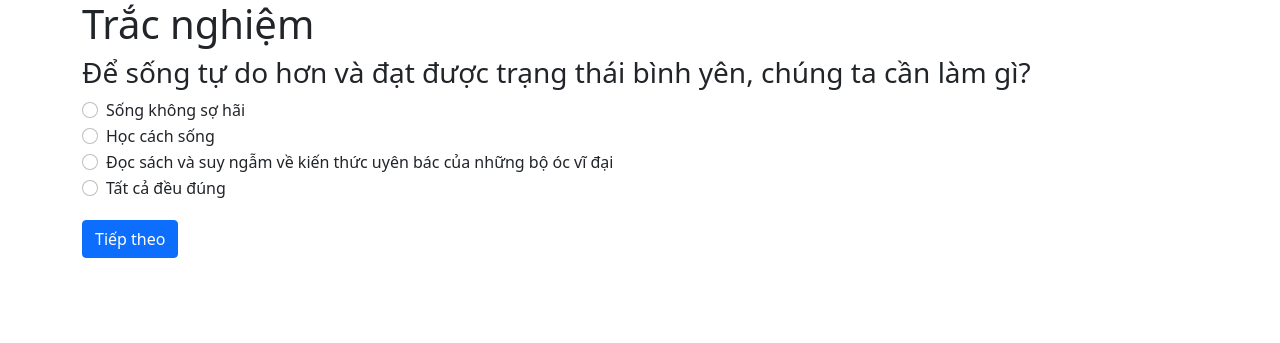
Repository: tran-thien-nhan/quiz_tlln
Page: daily_stoic_quiz.html
These files come from the project's save history. The page is drawn as it stood at one moment and after the next save; the edit follows.
The browser window is 1280 px wide. The pictures show the whole page.

Above is the page before, as saved 2023-06-25 18:27:18.

### daily_stoic_quiz.html
<!DOCTYPE html>
<html lang="en">

<head>
    <meta charset="UTF-8">
    <meta name="viewport" content="width=device-width, initial-scale=1.0">
    <title>Trắc nghiệm</title>
    <link rel="stylesheet" href="https://cdnjs.cloudflare.com/ajax/libs/bootstrap/5.0.2/css/bootstrap.min.css">
    <style>
        .question {
            margin-bottom: 20px;
        }
    </style>
</head>

<body>
    <div class="container">
        <h1>Trắc nghiệm</h1>

        <div class="question" id="questionContainer">
            <h3 id="question"></h3>
            <div class="form-check">
                <input class="form-check-input" type="radio" name="answer" id="answer1">
                <label class="form-check-label" for="answer1" id="answerText1"></label>
            </div>
            <div class="form-check">
                <input class="form-check-input" type="radio" name="answer" id="answer2">
                <label class="form-check-label" for="answer2" id="answerText2"></label>
            </div>
            <div class="form-check">
                <input class="form-check-input" type="radio" name="answer" id="answer3">
                <label class="form-check-label" for="answer3" id="answerText3"></label>
            </div>
            <div class="form-check">
                <input class="form-check-input" type="radio" name="answer" id="answer4">
                <label class="form-check-label" for="answer4" id="answerText4"></label>
            </div>
            <span id="result"></span>
        </div>

        <button class="btn btn-primary" id="nextButton">Tiếp theo</button>
        <span id="score"></span>
    </div>

    <script src="https://cdnjs.cloudflare.com/ajax/libs/bootstrap/5.0.2/js/bootstrap.bundle.min.js"></script>
    <script>
        // Đọc câu hỏi từ tệp JSON
        fetch("quest_lib.json")
            .then(response => response.json())
            .then(data => {
                const questions = data.questions;

                // Lấy ngẫu nhiên 20 câu hỏi
                const randomQuestions = getRandomElements(questions, 20);

                let currentQuestionIndex = 0;
                let score = 0;

                const questionContainer = document.getElementById("questionContainer");
                const questionElement = document.getElementById("question");
                const answerTextElements = [
                    document.getElementById("answerText1"),
                    document.getElementById("answerText2"),
                    document.getElementById("answerText3"),
                    document.getElementById("answerText4")
                ];
                const resultElement = document.getElementById("result");
                const nextButton = document.getElementById("nextButton");
                const scoreElement = document.getElementById("score");

                // Cập nhật câu hỏi và câu trả lời
                function updateQuestion() {
                    const question = randomQuestions[currentQuestionIndex];
                    questionElement.textContent = question.question;
                    resultElement.textContent = "";

                    for (let i = 0; i < answerTextElements.length; i++) {
                        answerTextElements[i].textContent = question.choices[i];
                    }
                }

                // Kiểm tra câu trả lời
                function checkAnswer() {
                    const question = randomQuestions[currentQuestionIndex];
                    const selectedAnswer = document.querySelector('input[name="answer"]:checked');

                    if (selectedAnswer) {
                        const selectedAnswerText = selectedAnswer.nextElementSibling.textContent;

                        if (selectedAnswerText === question.correctAnswer) {
                            score += 1;
                            resultElement.textContent = "Đúng";
                            resultElement.style.color = "green";
                        } else {
                            resultElement.textContent = "Sai";
                            resultElement.style.color = "red";
                        }

                        setTimeout(() => {
                            currentQuestionIndex++;

                            if (currentQuestionIndex < randomQuestions.length) {
                                updateQuestion();
                                selectedAnswer.checked = false;
                                nextButton.disabled = true;
                                setTimeout(() => {
                                    nextButton.disabled = false;
                                }, 200);
                            } else {
                                questionContainer.style.display = "none";
                                nextButton.style.display = "none";
                                const finalScore = (score / randomQuestions.length) * 10;
                                scoreElement.textContent = `Tổng điểm: ${finalScore.toFixed(1)}`;
                                scoreElement.style.display = "block";
                                scoreElement.style.fontWeight = "bold";
                                scoreElement.style.color = "red";
                            }
                        }, 200);
                    }
                }

                // Xử lý sự kiện khi nhấn nút "Tiếp theo"
                nextButton.addEventListener("click", () => {
                    checkAnswer();
                });

                // Bắt đầu trắc nghiệm
                updateQuestion();
            })
            .catch(error => {
                console.error("Error:", error);
            });

        // Hàm lấy ngẫu nhiên các phần tử từ một mảng
        function getRandomElements(array, numElements) {
            const shuffledArray = array.sort(() => Math.random() - 0.5);
            return shuffledArray.slice(0, numElements);
        }

    </script>
</body>

</html>

### quest_lib.json
{
    "questions": [
      {
        "question": "Công việc quan trọng hàng đầu trong đời là gì?",
        "choices": [
          "Nhận diện và phân biệt được những vấn đề",
          "Kiểm soát yếu tố ngoại cảnh",
          "Quyết định cho chính mình",
          "Thay đổi tương lai"
        ],
        "correctAnswer": "Nhận diện và phân biệt được những vấn đề"
      },
      {
        "question": "Theo Epictetus, nhận diện tốt xấu là để nhận diện điều gì?",
        "choices": [
          "Nhận diện tốt xấu của người khác",
          "Nhận diện tốt xấu của yếu tố ngoại cảnh",
          "Nhận diện tốt xấu cho quyết định của chính mình",
          "Nhận diện tốt xấu của tương lai"
        ],
        "correctAnswer": "Nhận diện tốt xấu cho quyết định của chính mình"
      },
      {
        "question": "Công việc quan trọng nhất trong việc thực hành Chủ nghĩa Khắc kỷ là gì?",
        "choices": [
          "Phân biệt những thứ không thể thay đổi và những thứ có thể thay đổi",
          "Chỉ phân biệt những thứ có thể thay đổi",
          "Kiểm soát những thứ nằm ngoài tầm kiểm soát",
          "Thay đổi tương lai"
        ],
        "correctAnswer": "Phân biệt những thứ không thể thay đổi và những thứ có thể thay đổi"
      },
      {
        "question": "Điều gì là không thể thay đổi và không thể kiểm soát?",
        "choices": [
          "Thời tiết, chiều cao",
          "Quốc gia sinh ra, sự thích hợp của người khác",
          "Điều kiện gia đình, tuổi tác",
          "cả 3 điều trên"
        ],
        "correctAnswer": "cả 3 điều trên"
      },
      {
        "question": "Lời nguyện An tĩnh được nhắm đến việc gì?",
        "choices": [
          "Nhận diện được những điều không thể thay đổi",
          "Nhận diện được những điều có thể thay đổi",
          "Nhận diện được hai điều trên",
          "Nhận diện được tương lai"
        ],
        "correctAnswer": "Nhận diện được hai điều trên"
      },
      {
        "question": "Người nghiện ngập ở hiện tại có thể thay đổi được điều gì?",
        "choices": [
          "Quá khứ, lựa chọn của mình",
          "Qúa khứ, tương lai",
          "Tương lai, sức mạnh hiện tại",
          "Quá khứ, hiện tại"
        ],
        "correctAnswer": "Tương lai, sức mạnh hiện tại"
      },
      {
        "question": "Điều gì sẽ xảy ra nếu chúng ta tập trung vào việc xác định những thứ nằm trong và ngoài tầm kiểm soát của bản thân?",
        "choices": [
          "Chúng ta sẽ trở nên hạnh phúc hơn",
          "Chúng ta sẽ có lợi thế hơn so với những người đấu tranh trong vô vọng",
          "Chúng ta sẽ đấu tranh trong vô vọng",
          "Chúng ta sẽ tìm ra sự thay đổi"
        ],
        "correctAnswer": "Chúng ta sẽ có lợi thế hơn so với những người đấu tranh trong vô vọng"
      },
      {
        "question": "Thành quả của việc thực hiện theo lời dạy của epictetus là gì trong GIÁO DỤC LÀ TỰ DO ?",
        "choices": [
          "Sự thanh thản",
          "Lòng dũng cảm",
          "Sự tự do",
          "Tất cả đều đúng"
        ],
        "correctAnswer": "Tất cả đều đúng"
      },
      {
        "question": "Đặt niềm tin vào ai trong việc được giáo dục đúng cách?",
        "choices": [
          "Kẻ tự do",
          "Những người trân quý kiến thức thật sự",
          "Số đông",
          "Tất cả đều sai"
        ],
        "correctAnswer": "Những người trân quý kiến thức thật sự"
      },
      {
        "question": "Để sống tự do hơn và đạt được trạng thái bình yên, chúng ta cần làm gì?",
        "choices": [
          "Sống không sợ hãi",
          "Học cách sống",
          "Đọc sách và suy ngẫm về kiến thức uyên bác của những bộ óc vĩ đại",
          "Tất cả đều đúng"
        ],
        "correctAnswer": "Tất cả đều đúng"
      },
      {
        "question": "Việc tự học và tiếp thu kiến thức được coi như chìa khóa dẫn đến điều gì?",
        "choices": [
          "Tự do",
          "Kiến thức",
          "Sự uyên bác",
          "Trạng thái bình yên"
        ],
        "correctAnswer": "Tự do"
      },
      {
        "question": "Điều gì sẽ xảy ra nếu chúng ta không nhận thức được những gì mình đã đánh mất?",
        "choices": [
          "Chúng ta sẽ sống bình thường",
          "Chúng ta sẽ chết dần chết mòn",
          "Chúng ta sẽ tìm lại được những gì đã mất",
          "Chúng ta sẽ hối tiếc"
        ],
        "correctAnswer": "Chúng ta sẽ chết dần chết mòn"
      },
      {
        "question": "Trước những thứ không quan trọng, chúng ta nên làm gì để lấy lại chút thời gian?",
        "choices": [
          "Nói 'Không'",
          "Tham gia với số đông",
          "Tự hỏi làm sao để kiểm soát kỹ",
          "Hối tiếc về những điều đã làm"
        ],
        "correctAnswer": "Nói 'Không'"
      },
      {
        "question": "Nói 'Không' trước những thứ không quan trọng có thể gây hại đến ai?",
        "choices": [
          "Bản thân chúng ta",
          "Những người khác",
          "Không có ai",
          "Chúng ta sẽ cảm thấy tổn thương"
        ],
        "correctAnswer": "Những người khác"
      },
      {
        "question": "Việc từ chối những thứ không quan trọng cho phép chúng ta có thời gian cho điều gì?",
        "choices": [
          "Những điều thật sự cần thiết",
          "Sống và tận hưởng cuộc sống của chính mình",
          "Cuộc sống bình thường",
          "Đạt được thành công"
        ],
        "correctAnswer": "Sống và tận hưởng cuộc sống của chính mình"
      },
      {
        "question": "Ba nguyên tắc quan trọng nhất trong triết lý Khắc kỷ là gì?",
        "choices": [
          "Nhận thức, hành động, ý chí",
          "Chắc chắn, hành động, biết ơn",
          "Kiểm soát nhận thức, hành động đúng đắn, sẵn lòng chấp nhận",
          "Kiểm soát, hành động, triết lý"
        ],
        "correctAnswer": "Kiểm soát nhận thức, hành động đúng đắn, sẵn lòng chấp nhận"
      },
      {
        "question": "Theo triết lý Khắc kỷ, điều gì là thiết yếu trong việc kiểm soát nhận thức của bạn?",
        "choices": [
          "Niềm tin độc đáo của các nhà Khắc kỷ",
          "Triết lý của Heraclitus và Zeno",
          "Sự phán xét ở thời điểm hiện tại",
          "Ý chí và ý thức của bản thân"
        ],
        "correctAnswer": "Sự phán xét ở thời điểm hiện tại"
      },
      {
        "question": "Hành động một cách đúng đắn là một trong ba phần thiết yếu của triết lý Khắc kỷ. Điều gì được ám chỉ bởi việc hành động đúng đắn?",
        "choices": [
          "Tìm hiểu về Heraclitus và Zeno",
          "Đạt được sự phán xét chắc chắn",
          "Hành động vì lợi ích chung trong thời điểm hiện tại",
          "Thể hiện triết lý của các nhà Khắc kỷ"
        ],
        "correctAnswer": "Hành động vì lợi ích chung trong thời điểm hiện tại"
      },
      {
        "question": "Điều gì là sự chuẩn bị tinh thần quan trọng để chấp nhận những gì ngoài tầm kiểm soát của bạn?",
        "choices": [
          "Sự biết ơn với mọi điều bạn đã nhận được",
          "Sự tận hưởng cuộc sống hàng ngày",
          "Ý chí và ý thức của bản thân",
          "Sự phán xét ở thời điểm hiện tại"
        ],
        "correctAnswer": "Sự biết ơn với mọi điều bạn đã nhận được"
      },
      {
        "question": "Bạn đến sân bay muộn và chuyến bay của bạn đã cất cánh. Bạn rất tức giận vì đã bỏ lỡ chuyến bay. Bạn nên làm gì?",
        "choices": [
          "Gào thét vào mặt nhân viên đại diện của hãng hàng không",
          "Ngồi lại và suy nghĩ về những điều bạn có thể kiểm soát",
          "Hủy bỏ hành trình và trở về nhà",
          "Buồn bã và căng thẳng trong suốt cả ngày"
        ],
        "correctAnswer": "Ngồi lại và suy nghĩ về những điều bạn có thể kiểm soát"
      },
      {
        "question": "Bạn muốn thay đổi chiều cao của mình và nước sống ở một đất nước khác. Bạn nên làm gì?",
        "choices": [
          "Cố gắng ước mơ và thay đổi chiều cao của mình",
          "Đau khổ vì không thể thay đổi điều đó",
          "Tìm hiểu về các phương pháp tăng chiều cao và di cư",
          "Chấp nhận chiều cao của mình và tận hưởng cuộc sống hiện tại"
        ],
        "correctAnswer": "Chấp nhận chiều cao của mình và tận hưởng cuộc sống hiện tại"
      },
      {
        "question": "Bạn muốn có một người bạn đồng hành và thích bạn. Bạn nên làm gì?",
        "choices": [
          "Cố gắng làm cho người đó thích bạn",
          "Đau khổ vì không thể khiến người đó thích bạn",
          "Tự thay đổi và cải thiện bản thân để thu hút người khác",
          "Chấp nhận sự thật rằng không thể khiến một người thích mình"
        ],
        "correctAnswer": "Tự thay đổi và cải thiện bản thân để thu hút người khác"
      },
      {
        "question": "Bạn đã trải qua quá khứ đau khổ và gặp rắc rối trong cuộc sống. Bạn nên làm gì?",
        "choices": [
          "Mắc kẹt trong quá khứ và không thể thay đổi điều đó",
          "Ngồi lại suy nghĩ về quá khứ và phàn nàn",
          "Chấp nhận quá khứ và tập trung vào tương lai",
          "Buồn bã và cảm thấy vô vọng"
        ],
        "correctAnswer": "Chấp nhận quá khứ và tập trung vào tương lai"
      },
      {
        "question": "Theo ý kiến của Seneca, điều gì là nguyên nhân khiến con người trở nên điên dại?",
        "choices": [
          "Quan điểm sai lệch về những thứ mà họ hướng tới",
          "Sự việc mà họ muốn đạt được",
          "Không có kế hoạch từ đầu đến cuối",
          "Tâm trạng chán nản"
        ],
        "correctAnswer": "Quan điểm sai lệch về những thứ mà họ hướng tới"
      },
      {
        "question": "Theo Robert Greene, việc lập kế hoạch từ đầu đến cuối có tác dụng gì?",
        "choices": [
          "Tránh choáng ngợp bởi hoàn cảnh",
          "Đạt được kết quả tốt nhất",
          "Đảm bảo sự thành công",
          "Hạn chế thất bại"
        ],
        "correctAnswer": "Tránh choáng ngợp bởi hoàn cảnh"
      },
      {
        "question": "Thói quen thứ hai trong 7 Thói quen của người thành đạt là gì?",
        "choices": [
          "Bắt đầu với một cái kết trong tâm trí",
          "Lập kế hoạch chi tiết từ đầu đến cuối",
          "Hình dung ra cái kết trong đầu",
          "Đặt mục tiêu cụ thể"
        ],
        "correctAnswer": "Bắt đầu với một cái kết trong tâm trí"
      },
      {
        "question": "Theo nhà Khắc kỷ, sự lạc lối và hỗn loạn trong hành vi xảy ra khi?",
        "choices": [
          "Không có những nỗ lực hướng vào nguyên nhân và mục đích",
          "Quá tập trung vào kế hoạch từ đầu đến cuối",
          "Chịu trách nhiệm với những xao nhãng trong tâm hồn",
          "Không biết khi nào nói có và khi nào nói không"
        ],
        "correctAnswer": "Không có những nỗ lực hướng vào nguyên nhân và mục đích"
      },
      {
        "question": "khi mất đi sự định nghĩa, con người có thể bị lạc lối vào phương hướng nào?",
        "choices": [
          "Phương hướng vô định",
          "Phương hướng cụ thể",
          "Phương hướng chính xác",
          "Phương hướng sáng suốt"
        ],
        "correctAnswer": "Phương hướng vô định"
      }
    ]
  }

After the next save:
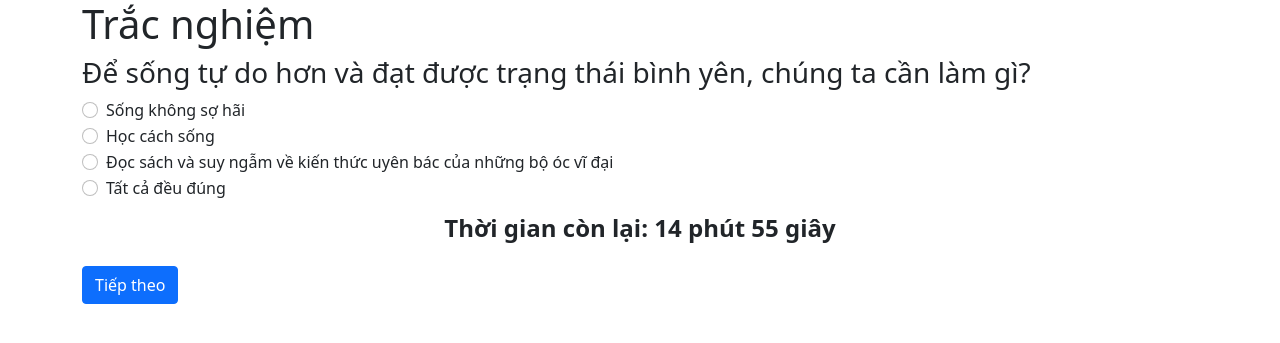
Saved 3 min 25 s later.
--- a/daily_stoic_quiz.html
+++ b/daily_stoic_quiz.html
@@ -42,6 +42,21 @@
         <span id="score"></span>
     </div>
 
+    <!-- Modal -->
+    <div class="modal fade" id="myModal" tabindex="-1" aria-labelledby="exampleModalLabel" aria-hidden="true">
+        <div class="modal-dialog">
+            <div class="modal-content">
+                <div class="modal-header">
+                    <h5 class="modal-title" id="exampleModalLabel">Thông báo</h5>
+                    <button type="button" class="btn-close" data-bs-dismiss="modal" aria-label="Close"></button>
+                </div>
+                <div class="modal-body">
+                    Bạn có 15 phút để làm trắc nghiệm.
+                </div>
+            </div>
+        </div>
+    </div>
+
     <script src="https://cdnjs.cloudflare.com/ajax/libs/bootstrap/5.0.2/js/bootstrap.bundle.min.js"></script>
     <script>
         // Đọc câu hỏi từ tệp JSON
@@ -55,6 +70,7 @@
 
                 let currentQuestionIndex = 0;
                 let score = 0;
+                let timeRemaining = 900; // 15 phút * 60 giây = 900 giây
 
                 const questionContainer = document.getElementById("questionContainer");
                 const questionElement = document.getElementById("question");
@@ -107,6 +123,7 @@
                                     nextButton.disabled = false;
                                 }, 200);
                             } else {
+                                clearInterval(timerInterval);
                                 questionContainer.style.display = "none";
                                 nextButton.style.display = "none";
                                 const finalScore = (score / randomQuestions.length) * 10;
@@ -126,6 +143,41 @@
 
                 // Bắt đầu trắc nghiệm
                 updateQuestion();
+
+                // Đồng hồ đếm ngược
+                const timerElement = document.createElement("div");
+                timerElement.style.fontSize = "24px";
+                timerElement.style.fontWeight = "bold";
+                timerElement.style.marginTop = "10px";
+                timerElement.style.textAlign = "center";
+                questionContainer.appendChild(timerElement);
+
+                const timerInterval = setInterval(() => {
+                    timeRemaining--;
+                    const minutes = Math.floor(timeRemaining / 60);
+                    const seconds = timeRemaining % 60;
+                    timerElement.textContent = `Thời gian còn lại: ${minutes} phút ${seconds} giây`;
+
+                    if (timeRemaining === 0) {
+                        clearInterval(timerInterval);
+                        questionContainer.style.display = "none";
+                        nextButton.style.display = "none";
+                        const finalScore = (score / randomQuestions.length) * 10;
+                        scoreElement.textContent = `Tổng điểm: ${finalScore.toFixed(1)}`;
+                        scoreElement.style.display = "block";
+                        scoreElement.style.fontWeight = "bold";
+                        scoreElement.style.color = "red";
+                    }
+                }, 1000);
+
+                // Hiển thị modal thông báo
+                const modal = new bootstrap.Modal(document.getElementById("myModal"));
+                modal.show();
+
+                // Tự động đóng modal sau 3 giây
+                setTimeout(() => {
+                    modal.hide();
+                }, 3000);
             })
             .catch(error => {
                 console.error("Error:", error);
@@ -136,7 +188,6 @@
             const shuffledArray = array.sort(() => Math.random() - 0.5);
             return shuffledArray.slice(0, numElements);
         }
-
     </script>
 </body>
 
